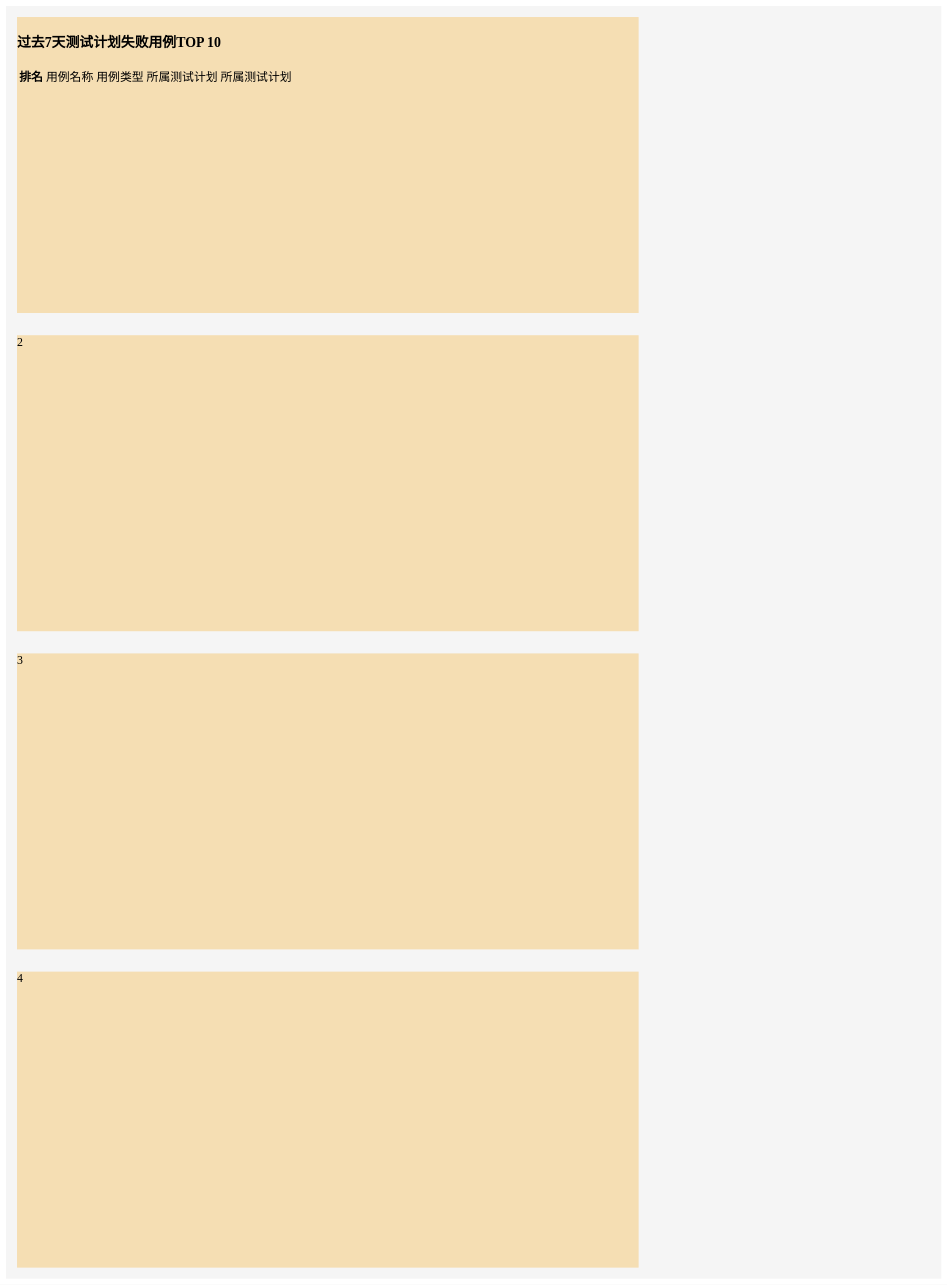
Repository: yuquan1006/-
Page: 02_css/test2.html
An editor plug-in stored every save of this project. The page is shown before and after a run of saves, followed by the edit.
The browser window is 1280 px wide. The pictures show the whole page, at 74% of full size.

Above is the page before, as saved 2023-07-04 15:38:53.

### 02_css/test2.html
<!DOCTYPE html>
<html lang="en">
<head>
    <meta charset="UTF-8">
    <meta name="viewport" content="width=device-width, initial-scale=1.0">
    <title>Document</title>
    <!--


     -->
    <style>

        .parent{
            display: flex;
            justify-content: flex-start ;
            flex-flow: row wrap;
            background-color: whitesmoke;
        }
        .child{
            width: 840px;
            height: 400px;
            margin: 15px;
            background-color: wheat;
        }
    </style>
</head>
<body>
    <div class="parent">
        <div class="child">
            <h3>过去7天测试计划失败用例TOP 10</h1>
            <table>
                <thead>
                    <tr>
                        <th>排名</td>
                        <td>用例名称</td>
                        <td>用例类型</td>
                        <td>所属测试计划</td>
                        <td>所属测试计划</td>
                    </tr>
                </thead>
                <tbody>
                </tbody>

            </table>
        </div>
        <div class="child">2</div>
        <div class="child">3</div>
        <div class="child">4</div>
    </div>

</body>
</html>

After the next 3 saves:
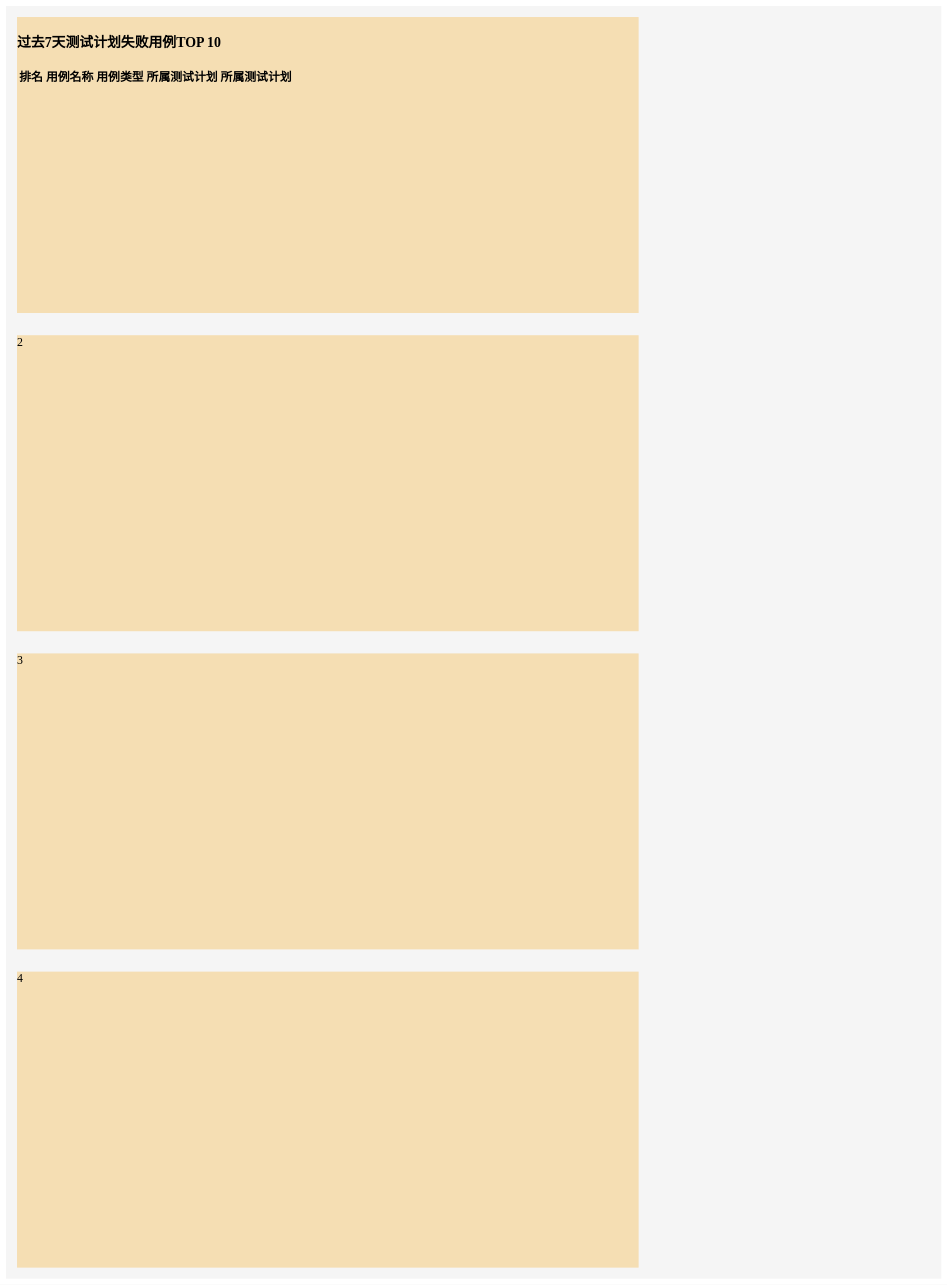
The 3 saves are shown as one change because they came seconds apart.
The last was saved 9 s later.
--- a/02_css/test2.html
+++ b/02_css/test2.html
@@ -31,11 +31,11 @@
             <table>
                 <thead>
                     <tr>
-                        <th>排名</td>
-                        <td>用例名称</td>
-                        <td>用例类型</td>
-                        <td>所属测试计划</td>
-                        <td>所属测试计划</td>
+                        <th>排名</th>
+                        <th>用例名称</th>
+                        <th>用例类型</th>
+                        <th>所属测试计划</th>
+                        <th>所属测试计划</th>
                     </tr>
                 </thead>
                 <tbody>
